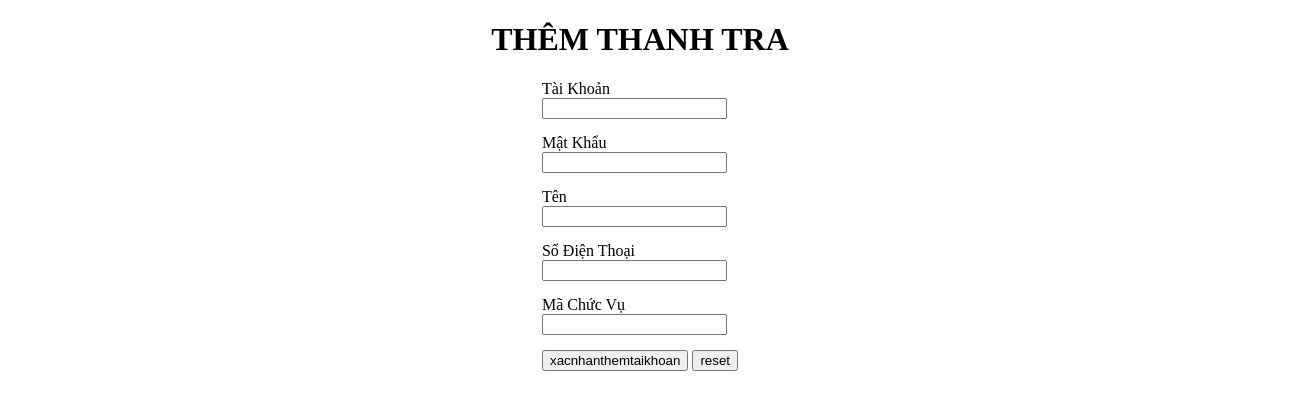
Repository: nguyenquan23/project-3
Page: http://localhost/laptrinhdoan/views/admin/add.jsp
An editor plug-in stored every save of this project. The page is shown before and after the next save, followed by the edit.
The browser window is 1280 px wide. The page is 1280 px wide, then 1295 px, so the pictures cover 1295 px, including what lies to the right of the window. The pictures show the whole page.
Some web libraries are served in a nearby version. The page is served by Tomcat 9. Nobody is signed in. The application's start-up code is not run.

Above is the page before, as saved 2023-01-19 13:42:57.

After the next save:
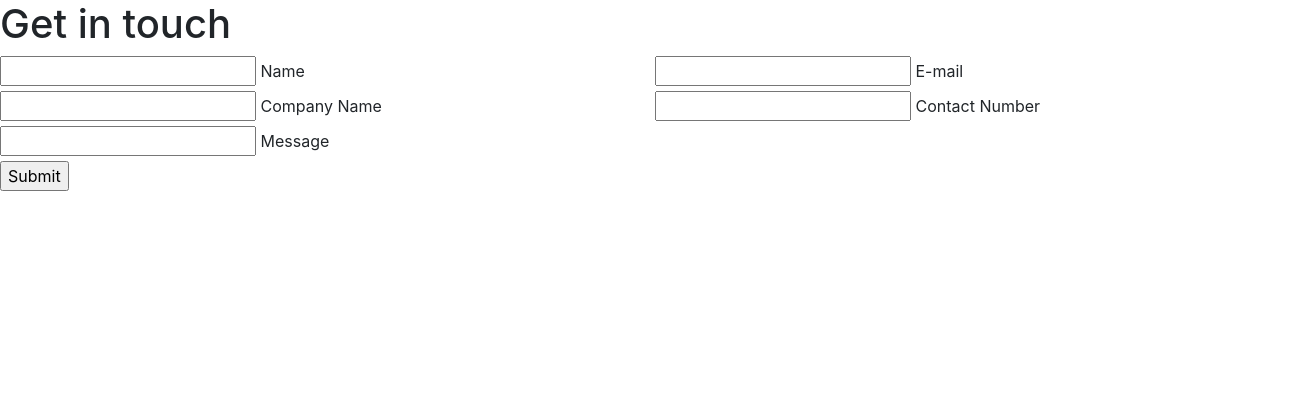
Console error: TypeError: Cannot read properties of undefined (reading 'fn')
Saved 6 min 30 s later.
--- a/laptrinhdoan/src/main/webapp/views/admin/add.jsp
+++ b/laptrinhdoan/src/main/webapp/views/admin/add.jsp
@@ -20,37 +20,39 @@
 </style>
 </head>
 <body>
- <h1 class="titile">THÊM THANH TRA</h1>
- <div class ="form-delete">
+ <!--important link source from "https://bootsnipp.com/snippets/A36DP"-->
+<link href="//maxcdn.bootstrapcdn.com/bootstrap/4.1.1/css/bootstrap.min.css" rel="stylesheet" id="bootstrap-css">
+<script src="//maxcdn.bootstrapcdn.com/bootstrap/4.1.1/js/bootstrap.min.js"></script>
+<script src="//cdnjs.cloudflare.com/ajax/libs/jquery/3.2.1/jquery.min.js"></script>
+<!------ Include the above in your HEAD tag ---------->
 
-<form action="DeleteStudentServlet" method="get">
-
-<label>Tài Khoản</label>
- <div class="input">
- <input type="text" name="deleteId">
-</div>
-<label> Mật Khẩu</label>
- <div class="input">
-<input type="text" name="deletehoten">
- </div>
- <label> Tên</label>
- <div class="input">
- <input type="text" name="deletehoten">
- </div>
- <label> Số Điện Thoại </label>
- <div class="input">
-<input type="text" name="deletehoten">
- </div>
- <label> Mã Chức Vụ</label>
- <div class="input">
- <input type="text" name="deletehoten">
- </div>
-
-  <div class="input">
- <input type="submit" value="xacnhanthemtaikhoan">
- <input type="reset" value="reset">
-  </div>
- </form>
- </div>
+<section class="get-in-touch">
+   <h1 class="title">Get in touch</h1>
+   <form class="contact-form row">
+      <div class="form-field col-lg-6">
+         <input id="name" class="input-text js-input" type="text" required>
+         <label class="label" for="name">Name</label>
+      </div>
+      <div class="form-field col-lg-6 ">
+         <input id="email" class="input-text js-input" type="email" required>
+         <label class="label" for="email">E-mail</label>
+      </div>
+      <div class="form-field col-lg-6 ">
+         <input id="company" class="input-text js-input" type="text" required>
+         <label class="label" for="company">Company Name</label>
+      </div>
+       <div class="form-field col-lg-6 ">
+         <input id="phone" class="input-text js-input" type="text" required>
+         <label class="label" for="phone">Contact Number</label>
+      </div>
+      <div class="form-field col-lg-12">
+         <input id="message" class="input-text js-input" type="text" required>
+         <label class="label" for="message">Message</label>
+      </div>
+      <div class="form-field col-lg-12">
+         <input class="submit-btn" type="submit" value="Submit">
+      </div>
+   </form>
+</section>
 </body>
 </html>
